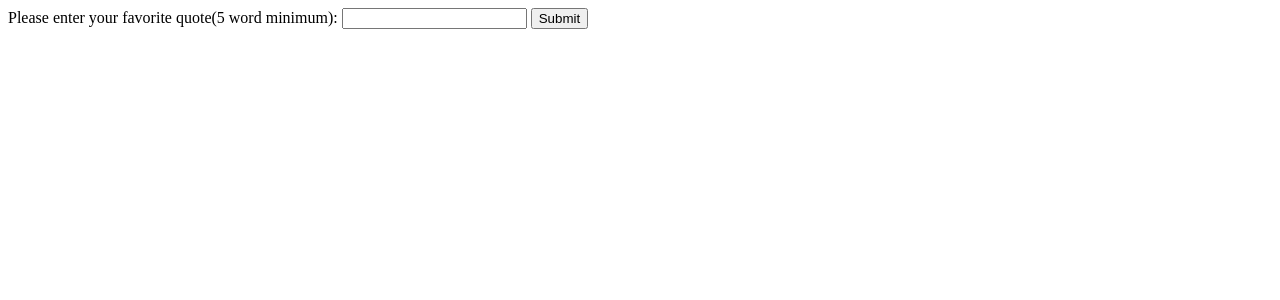
Repository: lilliebee/COSW30
Page: homework/homework4/quote.html
The author's editor kept a record of every edit. The page is drawn from the files as they stood at one moment, then again after the next edit.
The browser window is 1280 px wide. The pictures show the whole page.

Above is the page before.

After the next edit:
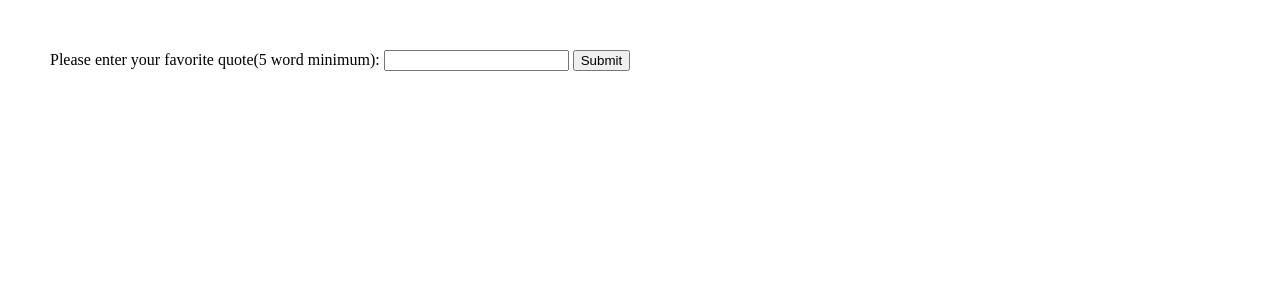
The edit:
--- a/homework/homework4/quote.html
+++ b/homework/homework4/quote.html
@@ -1,4 +1,11 @@
 <html>
+    <head>
+        <style type="text/css">
+            body {
+                margin:50px;
+            }
+        </style>
+    </head>
 <body>
 
 <form action="quote_process.php" method="post">
